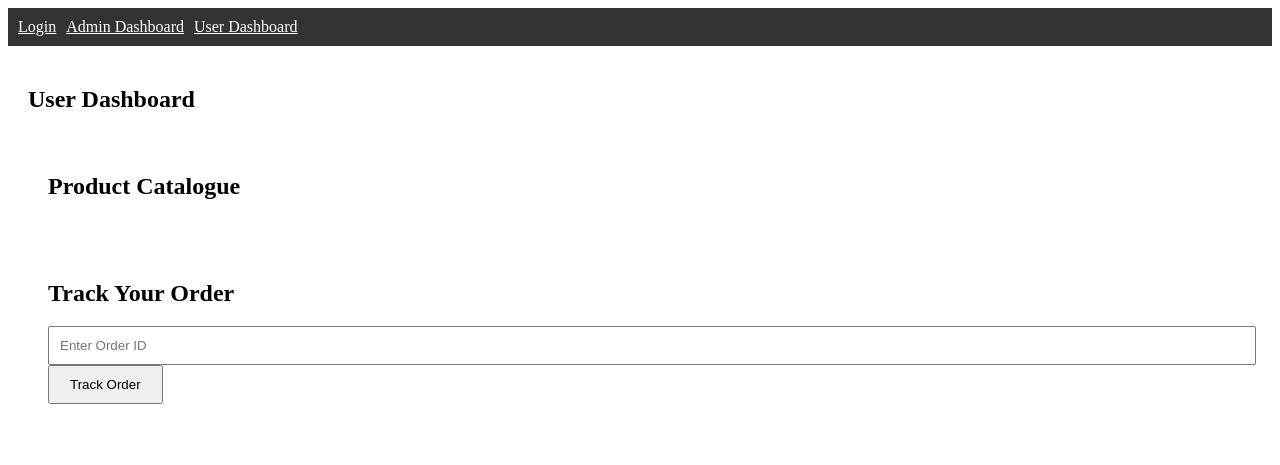
Repository: Hitesh8980/Agro
Page: /user-dashboard (app in Front_end/)
The author's editor kept a copy of each file at every save. The page is drawn from the files as they stood at one save, then again after the next save.
The browser window is 1280 px wide. The pictures show the whole page.
The page's requests for data from a server got no answer. The project was rebuilt for these pictures with package versions that can differ from the ones it lists, and the page was loaded fresh each time. No one was signed in, and anything a server would have sent is missing. Also part of the build but not shown: Front_end/vite.config.js, Front_end/src/index.css, Front_end/src/components/orderForm.jsx, Front_end/src/components/adminDashBoard.jsx, Front_end/src/pages/AdminDashboardpage.jsx, Front_end/src/pages/login.jsx, Front_end/src/pages/Logout.jsx.

Above is the page before, as saved 2024-11-28 12:35:00.

After the next save:
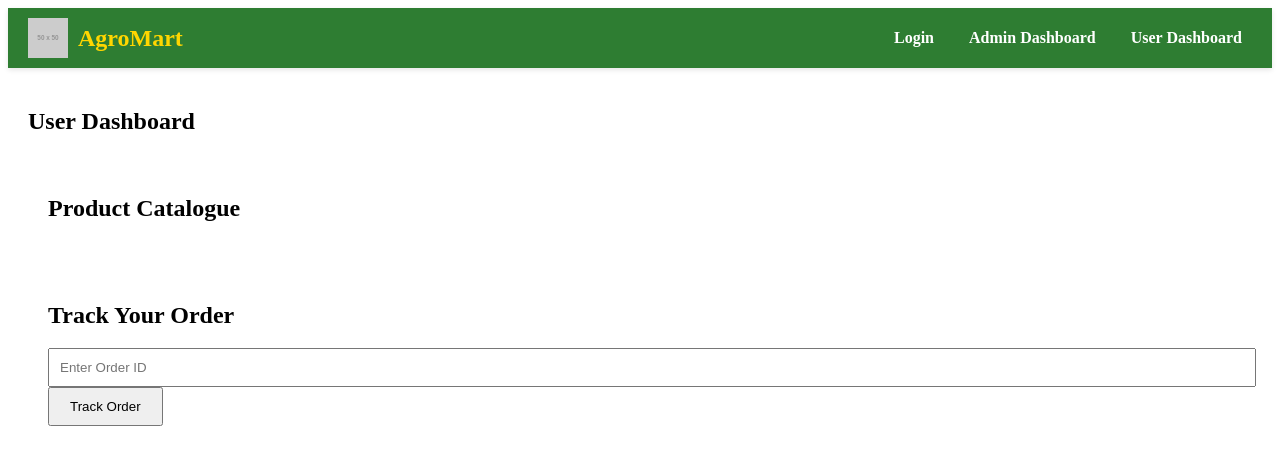
Saved 105 s later.
--- a/Front_end/src/components/navbar.jsx
+++ b/Front_end/src/components/navbar.jsx
@@ -3,12 +3,60 @@
 
 function Navbar() {
   return (
-    <nav style={{ padding: '10px', backgroundColor: '#333', color: 'white' }}>
-      <Link to="/login" style={{ color: 'white', marginRight: '10px' }}>Login</Link>
-      <Link to="/admin-dashboard" style={{ color: 'white', marginRight: '10px' }}>Admin Dashboard</Link>
-      <Link to="/user-dashboard" style={{ color: 'white' }}>User Dashboard</Link>
+    <nav style={styles.navbar}>
+      <div style={styles.logo}>
+        <img
+          src="https://via.placeholder.com/50x50?text=LOGO" // Replace with your logo URL
+          alt="Logo"
+          style={{ height: '40px' }}
+        />
+        <span style={styles.brandName}>AgroMart</span>
+      </div>
+      <div style={styles.links}>
+        <Link to="/login" style={styles.link}>Login</Link>
+        <Link to="/admin-dashboard" style={styles.link}>Admin Dashboard</Link>
+        <Link to="/user-dashboard" style={styles.link}>User Dashboard</Link>
+      </div>
     </nav>
   );
 }
 
+const styles = {
+  navbar: {
+    display: 'flex',
+    justifyContent: 'space-between',
+    alignItems: 'center',
+    backgroundColor: '#2E7D32', // Green shade for agriculture
+    padding: '10px 20px',
+    boxShadow: '0 2px 5px rgba(0, 0, 0, 0.1)',
+    color: 'white',
+  },
+  logo: {
+    display: 'flex',
+    alignItems: 'center',
+  },
+  brandName: {
+    marginLeft: '10px',
+    fontSize: '1.5rem',
+    fontWeight: 'bold',
+    color: '#FFD600', // Highlighted yellow for vibrancy
+  },
+  links: {
+    display: 'flex',
+    gap: '15px',
+  },
+  link: {
+    textDecoration: 'none',
+    color: 'white',
+    fontSize: '1rem',
+    fontWeight: '600',
+    padding: '5px 10px',
+    borderRadius: '5px',
+    transition: 'background-color 0.3s',
+  },
+  linkHover: {
+    backgroundColor: '#43A047', // Slightly lighter green for hover
+  },
+};
+
 export default Navbar;
